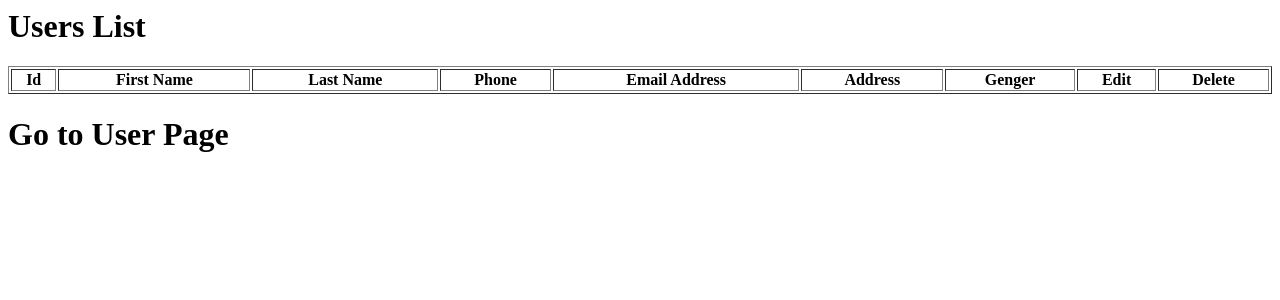
Repository: Muhairiz/Web
Page: http://localhost/E-Libraries/ViewUser
The author's editor kept a copy of each file at every save. The page is drawn from the files as they stood at one save, then again after the next save.
The browser window is 1280 px wide. The pictures show the whole page.
The page is served by Tomcat 9. Queries for data that is not in the repository find no rows.

Above is the page before, as saved 2020-08-07 10:28:36.

After the next save:
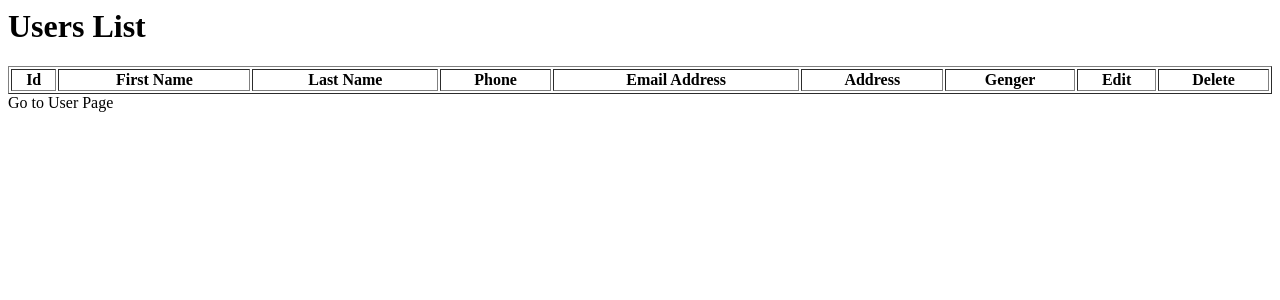
Saved 3 min 41 s later.
--- a/E-Libraries/src/ViewUser.java
+++ b/E-Libraries/src/ViewUser.java
@@ -44,7 +44,7 @@ public class ViewUser extends HttpServlet {
             out.print("<tr><td>"+u.getId()+"</td><td>"+u.getFirstname()+"</td><td>"+u.getLastname()+"</td><td>"+u.getPhone()+"</td><td>"+u.getEmail()+"</td><td>"+u.getAddress()+"</td><td>"+u.getGender()+"</td><td><a href='EditServlet?id="+u.getId()+"'>edit</a></td><td><a href='DeleteServlet?id="+u.getId()+"'>delete</a</td></tr>");
         }
         out.print("</table>");
-        out.println("<h1><a>Go to User Page</a></h1>");
+        out.println("<a herf='users.jsp'>Go to User Page</a>");
 
         out.close();
 	}
